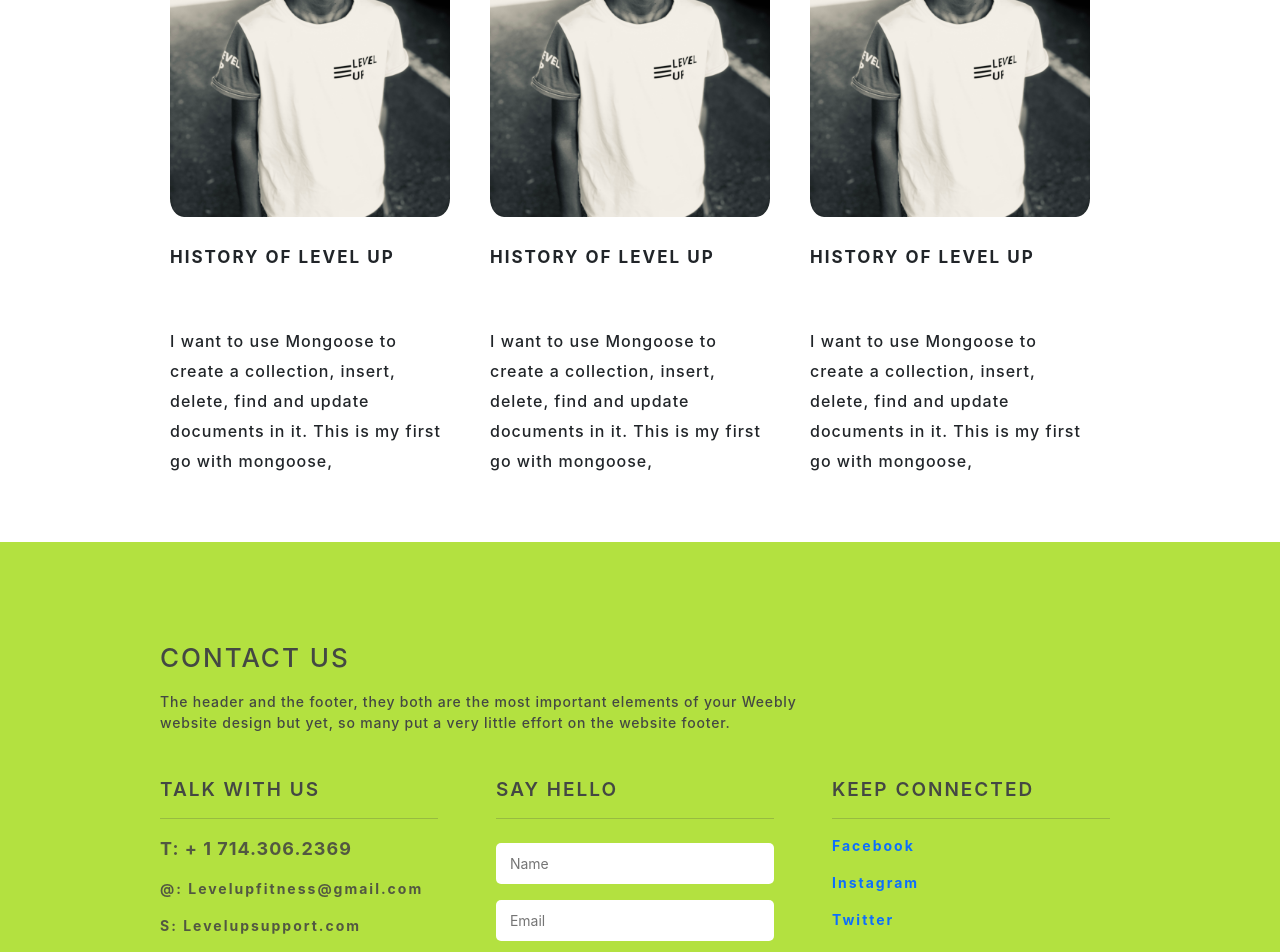
Repository: Bojurie/Level-up
Page: /about (app in client/)
These files come from the project's save history. The page is drawn as it stood at one moment and after the next save; the edit follows.
The browser window is 1280 px wide. The pictures show the part of the page from y = 636 to 1588 px (the page is 1935 px tall before and 1937 px after).
Some web fonts or font styles are not loaded; a fallback is used. Some web libraries are served in a nearby version. The project was rebuilt for these pictures with package versions that can differ from the ones it lists, and the page was loaded fresh each time. Also part of the build but not shown: client/src/components/Carousel.js, client/src/components/HomeVlog.css, client/src/components/HomeVlog.js, client/src/components/homeProducts.css, client/src/components/HomeProducts.js, client/src/components/Card.js, client/src/components/HomeShop.css, client/src/components/HomeShop.js and 10 more. Imported but missing from the stored project, and not drawn on this page: client/src/components/Chart.

Above is the page before, as saved 2022-11-30 16:10:37.

After the next save:
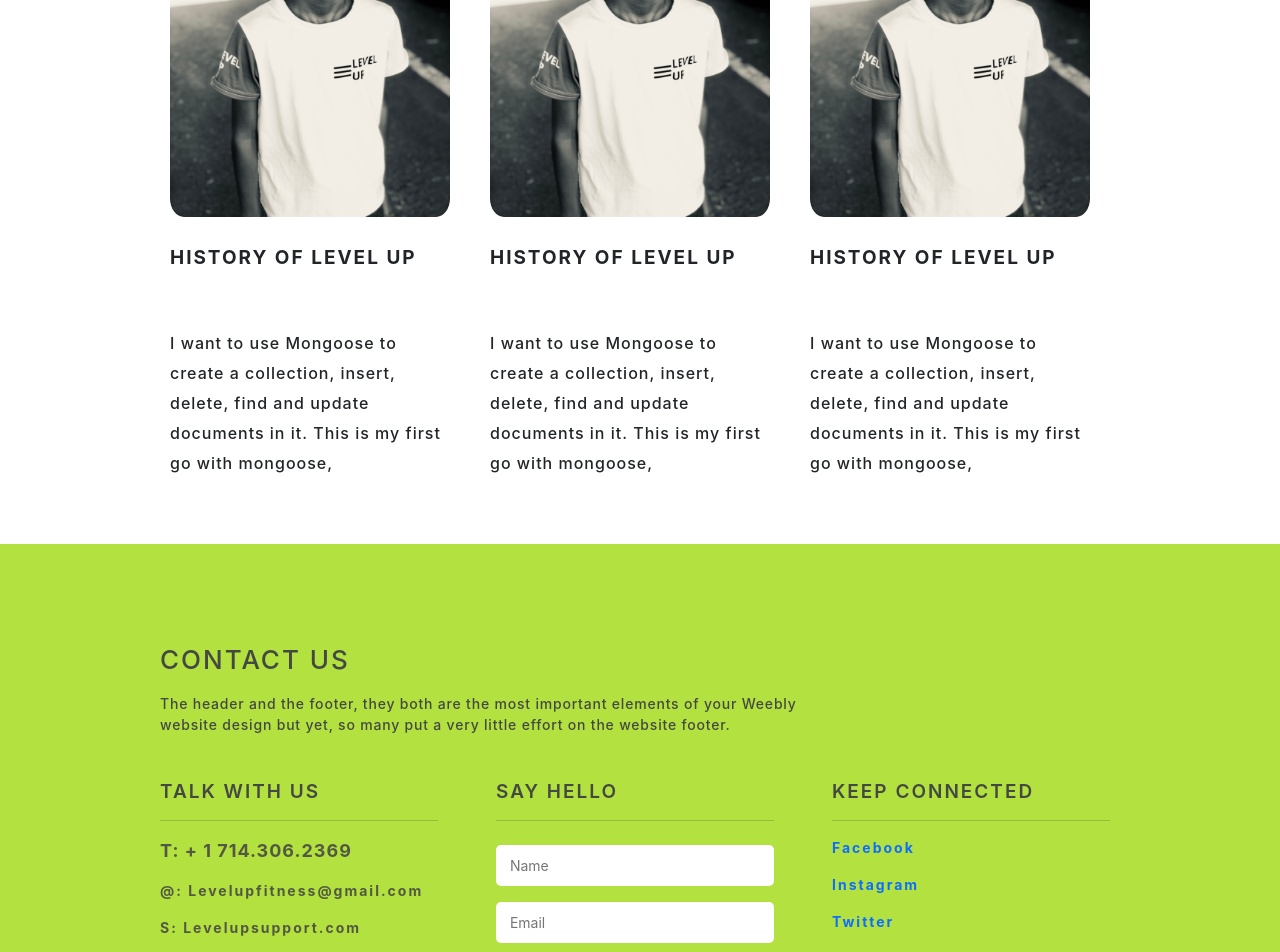
Saved 15 s later.
--- a/client/src/pages/About.css
+++ b/client/src/pages/About.css
@@ -41,5 +41,5 @@
   padding: 10px 0;
 }
 .history-content h1{
-  font-size: 17px;
+  font-size: 19px;
 }
